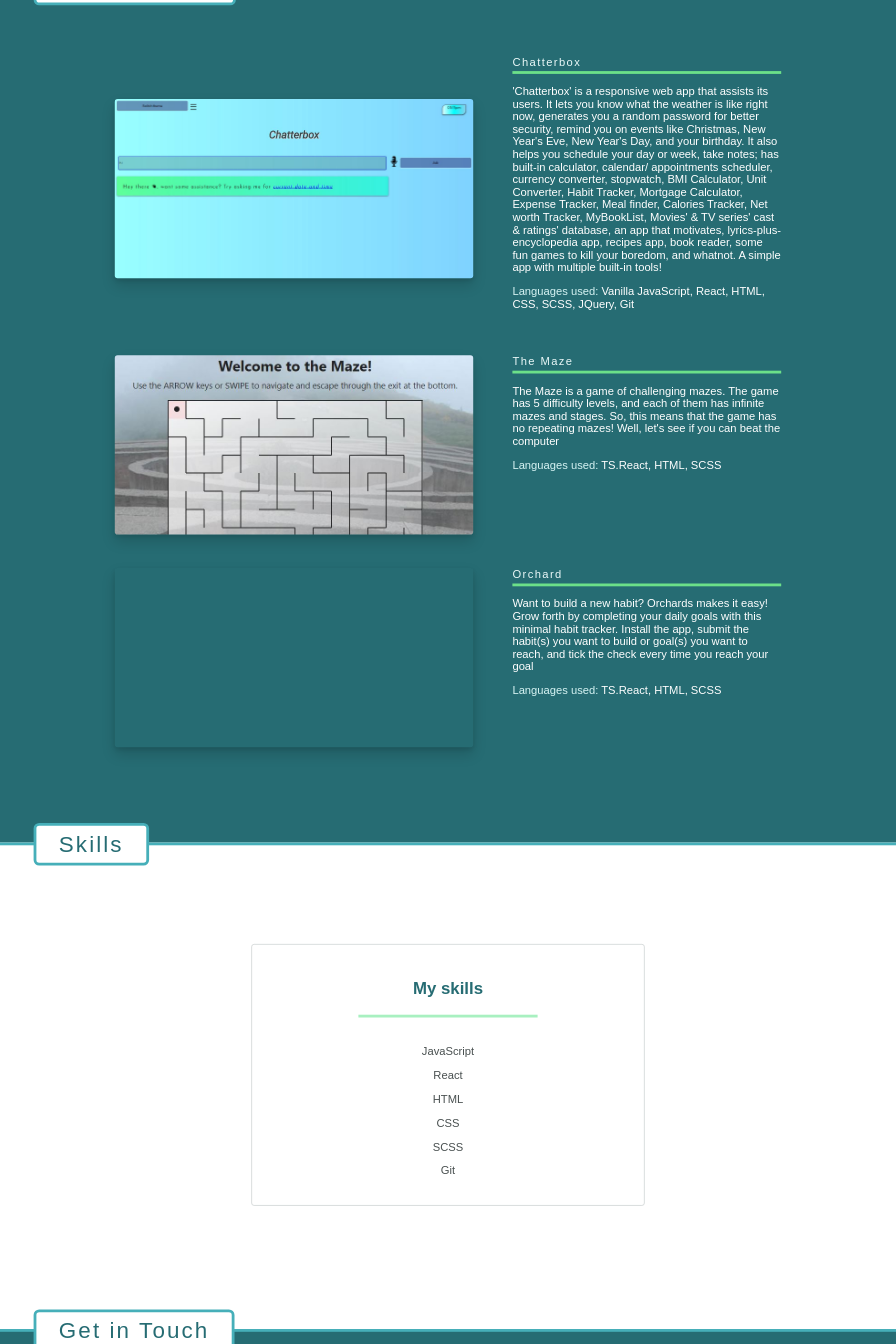
Repository: Abbaskhurram255/port
Page: /
These files come from the project's save history. The page is drawn as it stood at one moment and after the next save; the edit follows.
The browser window is 1280 px wide. The pictures show the part of the page from y = 892 to 2812 px (the page is 3086 px tall), at 70% of full size.
The page's requests for data from a server got no answer. Some web fonts or font styles are not loaded; a fallback is used. Some web libraries are served in a nearby version. The project was rebuilt for these pictures with package versions that can differ from the ones it lists, and the page was loaded fresh each time. No one was signed in, and anything a server would have sent is missing.

Above is the page before, as saved 2021-01-01 23:14:24.

After the next save:
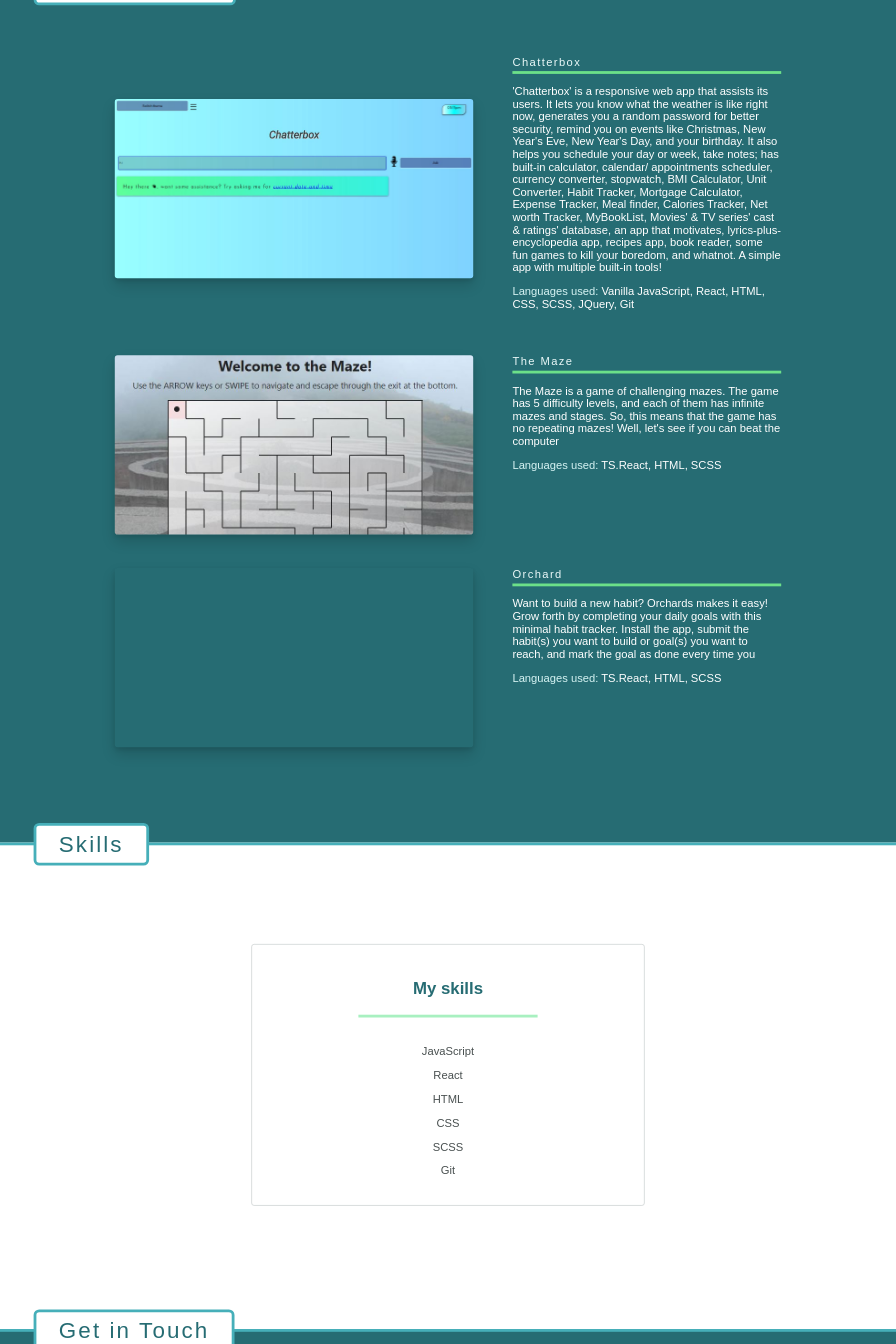
Saved 39 s later.
--- a/src/utils/data.ts
+++ b/src/utils/data.ts
@@ -32,7 +32,7 @@
   },
   {
     description:
-      "Want to build a new habit? Orchards makes it easy! Grow forth by completing your daily goals with this minimal habit tracker. Install the app, submit the habit(s) you want to build or goal(s) you want to reach, and tick the check every time you reach your goal",
+      "Want to build a new habit? Orchards makes it easy! Grow forth by completing your daily goals with this minimal habit tracker. Install the app, submit the habit(s) you want to build or goal(s) you want to reach, and mark the goal as done every time you ",
     image: "orchard",
     name: "Orchard",
     androidVLink: "https://github.com/Abbaskhurram255/habit-builder/raw/main/android/orchard.apk?raw=true",
